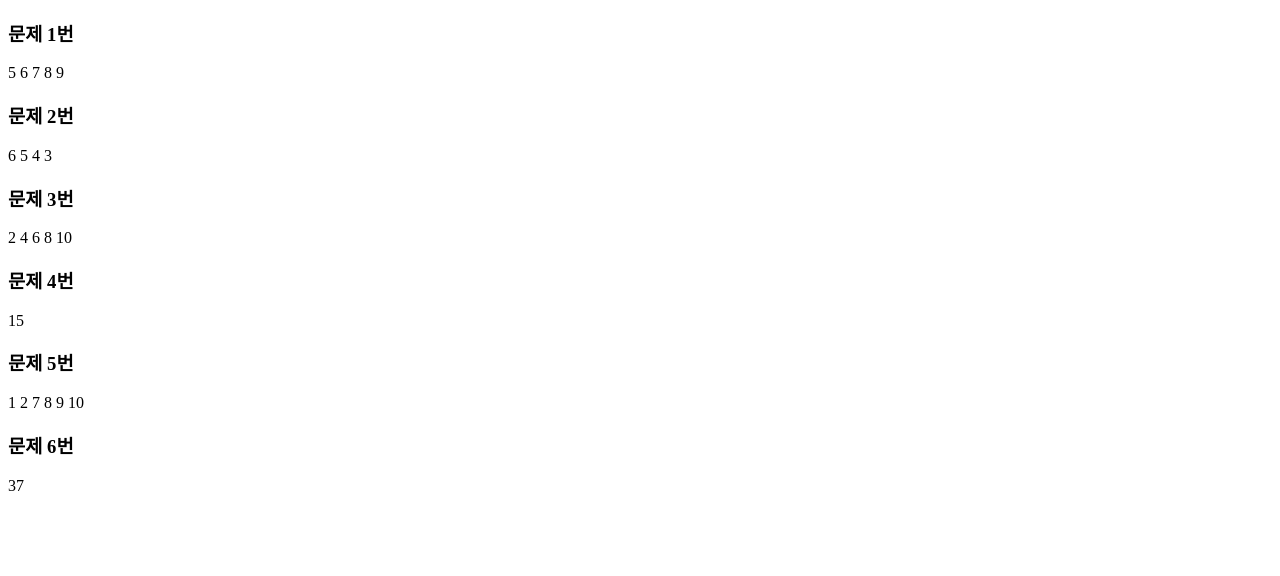
Repository: dadomin/2020JAVA
Page: http://localhost/20201damin/01_BasicJSP/ex04_문제.jsp
These files come from the project's save history. The page is drawn as it stood at one moment and after the next save; the edit follows.
The browser window is 1280 px wide. The pictures show the whole page.
The page is served by Tomcat 9.

Above is the page before, as saved 2020-06-03 12:32:54.

After the next save:
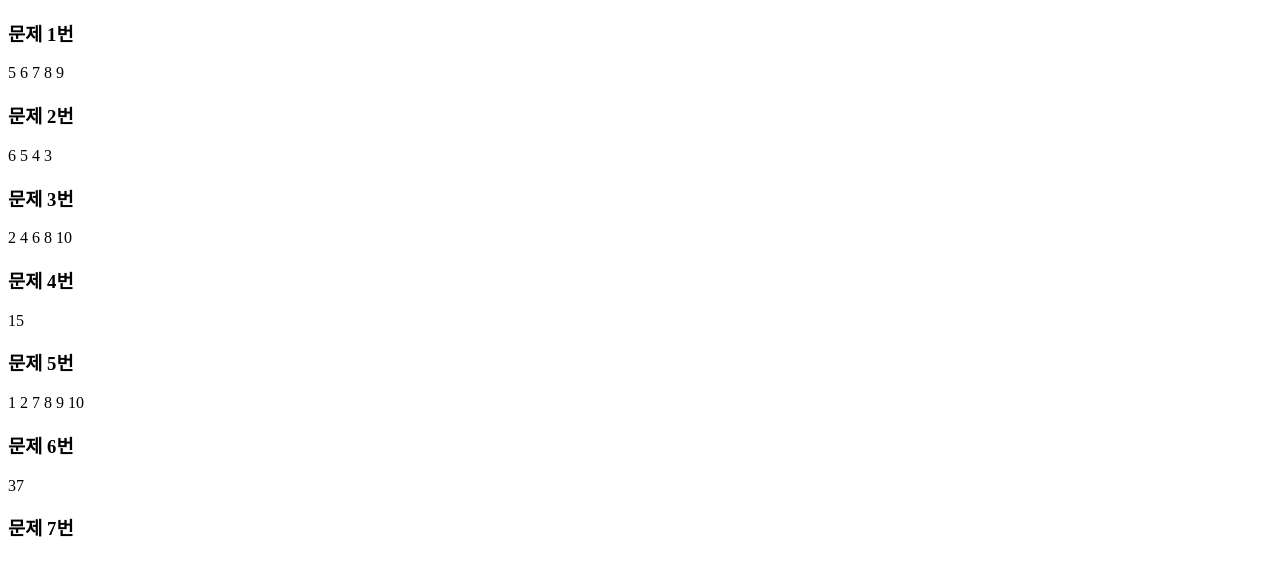
Saved 12 s later.
--- a/first semester/20201damin/WebContent/01_BasicJSP/ex04_문제.jsp
+++ b/first semester/20201damin/WebContent/01_BasicJSP/ex04_문제.jsp
@@ -103,7 +103,9 @@
 		  %>
 
 		  <%= total %>
+		 <br>
 
+		 <h3>문제 7번</h3>
 		 <%--
 		 	문제 7) 문제 5번의 조건에 맞는 수들의 개수 출력
 		 	정답 7) 6
